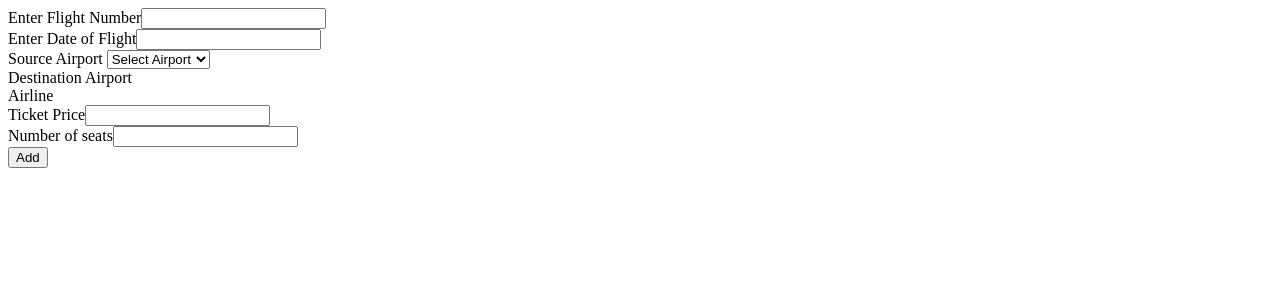
Repository: gotoharjeet/FlyAirline
Page: http://localhost/FlyAirline/addflight.jsp
The author's editor kept a copy of each file at every save. The page is drawn from the files as they stood at one save, then again after the next save.
The browser window is 1280 px wide. The pictures show the whole page.
The page is served by Tomcat 9. Other server files are loaded and not shown. Queries for data that is not in the repository find no rows.

Above is the page before, as saved 2022-08-15 11:00:43.

### FlyAirline/src/main/webapp/addflight.jsp
<%@ page language="java" contentType="text/html; charset=UTF-8"
    pageEncoding="UTF-8"%>
<%@ page import="java.sql.*" %>
<!DOCTYPE html>
<html>
<head>
<meta charset="UTF-8">
<title>Populate Source Airport List</title>
</head>
<body>

   <form action="AddFlightServlet" method="post">

  Enter Flight Number<input type="text" name="flightNumber"><br/>
  Enter Date of Flight<input type="datetime" name="dto_flight"><br/>
   <label>Source Airport</label>
   	<select name="airportCode">
   	 	<option value="-1">Select Airport</option>
   	 	<%
   	 		try
   	 		{
   	 			  String query="select * from dep_airport";
   	 			  Connection connection=null;
   				  Class.forName("com.mysql.cj.jdbc.Driver");
   				  connection=DriverManager.getConnection("jdbc:mysql://localhost:3306/mytrgdb",
   							"root",
   							"root");
   				  Statement statement = connection.createStatement();
   				  ResultSet rs=statement.executeQuery(query);

   				  while(rs.next())
   				  {
   					  %>
   					     <option value="<%=rs.getInt("airportCode")%>"><%=rs.getString("airport_name")%></option>
   					  <%
   				  }
   	 		}
   	 		catch(ClassNotFoundException |SQLException ex)
   	 		{
   	 			ex.printStackTrace();
   	 		}
   	 	%>
   	</select>
    <br/>

    <label>Destination Airport</label>

   	<br/>

   	<label>Airline </label>

   	<br/>

   Ticket Price<input type="text" name="ticketPrice"><br/>
    Number of seats<input type="text" name="noofSeats"><br/>
   	<input type="submit" value="Add">

   </form>

</body>
</html>

After the next save:
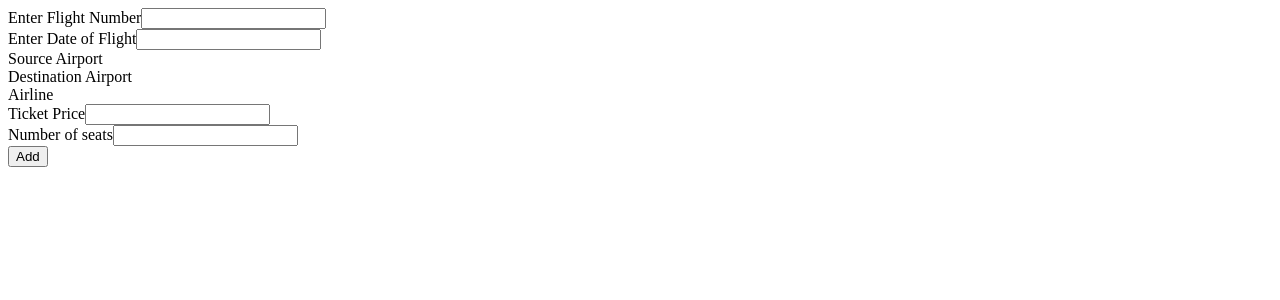
Saved 40 s later.
--- a/FlyAirline/src/main/webapp/addflight.jsp
+++ b/FlyAirline/src/main/webapp/addflight.jsp
@@ -14,33 +14,7 @@
   Enter Flight Number<input type="text" name="flightNumber"><br/>
   Enter Date of Flight<input type="datetime" name="dto_flight"><br/>
    <label>Source Airport</label>
-   	<select name="airportCode">
-   	 	<option value="-1">Select Airport</option>
-   	 	<%
-   	 		try
-   	 		{
-   	 			  String query="select * from dep_airport";
-   	 			  Connection connection=null;
-   				  Class.forName("com.mysql.cj.jdbc.Driver");
-   				  connection=DriverManager.getConnection("jdbc:mysql://localhost:3306/mytrgdb",
-   							"root",
-   							"root");
-   				  Statement statement = connection.createStatement();
-   				  ResultSet rs=statement.executeQuery(query);
 
-   				  while(rs.next())
-   				  {
-   					  %>
-   					     <option value="<%=rs.getInt("airportCode")%>"><%=rs.getString("airport_name")%></option>
-   					  <%
-   				  }
-   	 		}
-   	 		catch(ClassNotFoundException |SQLException ex)
-   	 		{
-   	 			ex.printStackTrace();
-   	 		}
-   	 	%>
-   	</select>
     <br/>
 
     <label>Destination Airport</label>

After the save that followed:
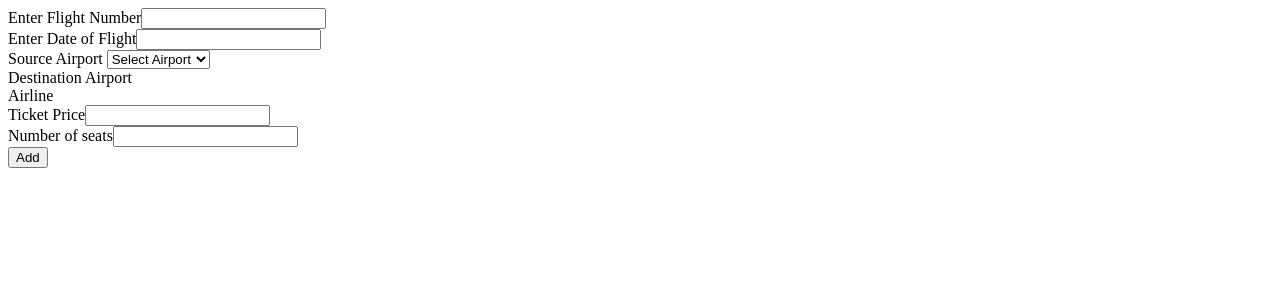
Saved 6 min 32 s later.
--- a/FlyAirline/src/main/webapp/addflight.jsp
+++ b/FlyAirline/src/main/webapp/addflight.jsp
@@ -14,7 +14,16 @@
   Enter Flight Number<input type="text" name="flightNumber"><br/>
   Enter Date of Flight<input type="datetime" name="dto_flight"><br/>
    <label>Source Airport</label>
+   	<select name="arr_airportCode">
+   		<option value="-1">Select Airport
+   		  <%
 
+
+   		  %>
+   		</option>
+
+
+   	</select>
     <br/>
 
     <label>Destination Airport</label>
